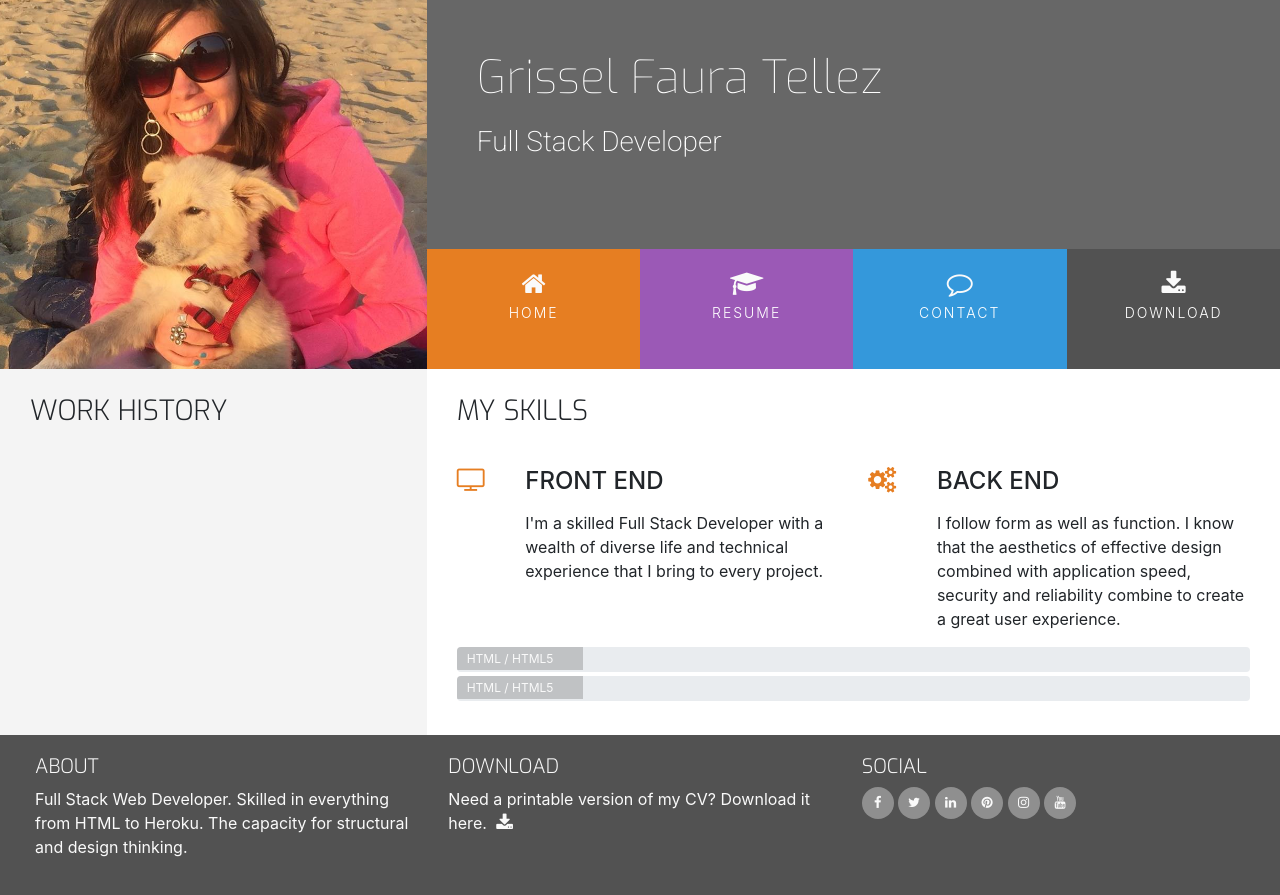
Repository: grisselfaura/Resume-Project-Introduction
Page: resume.html
The author's editor kept a record of every edit. The page is drawn from the files as they stood at one moment, then again after the next edit.
The browser window is 1280 px wide. The pictures show the whole page.

Above is the page before.

### resume.html
<!DOCTYPE html>
<html lang="en">
<head>
    <meta charset="UTF-8">
    <meta name="viewport" content="width=device-width, initial-scale=1.0">
    <meta http-equiv="X-UA-Compatible" content="ie=edge">
    <link rel="stylesheet" href="https://stackpath.bootstrapcdn.com/bootstrap/4.3.1/css/bootstrap.min.css" type="text/css" />
    <link rel="stylesheet" href="https://stackpath.bootstrapcdn.com/font-awesome/4.7.0/css/font-awesome.min.css" type="text/css" />
    <link rel="stylesheet" href="https://cdnjs.cloudflare.com/ajax/libs/hover.css/2.3.1/css/hover-min.css" type="text/css" />
    <link rel="stylesheet" href="assets/CSS/style.css" type="text/css" />
    <title>Grissel</title>
</head>
<body>
    <header>
       <div class="row no-gutters">
           <a class="col-md-4 logo" href="index.html"></a>
           <div class="col-md-8">
               <div class="row no-gutters bg-color-name-title">
                   <div class="col heading">
                       <h1 class="name">Grissel Faura Tellez</h1>
                       <h2 class="title">Full Stack Developer</h2>
                    </div>
               </div>
               <div class="row no-gutters">
                   <div class="col">
                       <ul id="nav" class="list-inline menucontainer">
                           <li class="col-6 col-sm-3 ui-menu-color-home list-inline-item menuitem">
                               <a href="#" class="hvr-sweep-to-bottom"><i class="fa fa-home" aria-hidden="true"></i><span>Home</span></a>
                           </li>
                           <li class="col-6 col-sm-3 ui-menu-color-resume list-inline-item menuitem">
                               <a href="#" class="hvr-sweep-to-bottom"><i class="fa fa-graduation-cap" aria-hidden="true"></i><span>Resume</span></a>
                           </li>
                           <li class="col-6 col-sm-3 ui-menu-color-contact list-inline-item menuitem">
                               <a href="#" class="hvr-sweep-to-bottom"><i class="fa fa-comment-o" aria-hidden="true"></i><span>Contact</span></a>
                           </li>
                           <li class="col-6 col-sm-3 ui-menu-color-download list-inline-item menuitem">
                               <a href="#" class="hvr-sweep-to-bottom"><i class="fa fa-download" aria-hidden="true"></i><span>Download</span></a>
                           </li>
                       </ul>
                   </div>
               </div>
           </div>
       </div>
    </header>
    <section class="container-fluid">
        <div class="row">
            <div class="col-md-4 bg-color-personal-info section-column">
                <div class="row">
                    <div class="col-12">
                        <h3 class="section-heading uppercase">Work History</h3>
                    </div>
                </div>
            </div>
            <div class="col-md-8 bg-color-three-reasons section-column">
                <div class="row">
                    <div class="col">
                        <h3 class="section-heading uppercase">My Skills</h3>
                    </div>
                </div>
                <div class="row">
                    <div class="col-10 offset-1 offset-sm-0 col-sm-4 col-md-6">
                        <div class="row">
                            <div class="col-2">
                                <i class="three-reasons-icon fa fa-tv" aria-hidden="true"></i>
                            </div>
                            <div class="col-10">
                                <h4 class="three-reasons-heading uppercase">Front End</h4>
                                <p>
                                    I'm a skilled Full Stack Developer with a wealth of diverse life and technical experience that I bring to every project.
                                </p>
                            </div>
                        </div>
                    </div>
                    <div class="col-10 offset-1 offset-sm-0 col-sm-4 col-md-6">
                        <div class="row">
                            <div class="col-2">
                                <i class="three-reasons-icon fa fa-gears" aria-hidden="true"></i>
                            </div>
                            <div class="col-10">
                                <h4 class="three-reasons-heading uppercase">Back End</h4>
                                <p>
                                    I follow form as well as function. I know that the aesthetics of effective design combined with application speed, security and reliability combine to create a great user experience.
                                </p>
                            </div>
                        </div>
                    </div>
                </div>
                <div class="row">
                    <div class="col">
                        <div class="progress">
                            <div class="progress-bar" role="progressbar" aria-valuenow="90" aria-valuemin="0" aria-valuemax="100" style:"width:90%;">
                                <span class="sr-only">90% complete</span>
                            </div>
                            <span class="progress-type">HTML / HTML5</span>
                        </div>
                        <div class="progress">
                            <div class="progress-bar bg-sucess" role="progressbar" aria-valuenow="80" aria-valuemin="0" aria-valuemax="100" style:"width:80%;">
                                <span class="sr-only">80% complete</span>
                            </div>
                            <span class="progress-type">HTML / HTML5</span>
                        </div>
                    </div>
                </div>
            </div>
        </div>
 </section>
    <footer class="container-fluid">
        <div id="footer-details" class="row">
            <div class="col-sm-4">
                <h5 class="uppercase general-sub">About</h5>
                <p class ="inline-block">
                Full Stack Web Developer. Skilled in everything from HTML to Heroku. The capacity for structural and design thinking.</p>
            </div>
            <div class="col-sm-4">
                <h5 class="uppercase general-sub">Download</h5>
                <p class ="inline-block">
                Need a printable version of my CV? Download it here.
                    <a href="#" target="_blank" class="cv-pdf">
                        <i class="fa fa-download" aria-hidden="true"></i>
                        <span class="sr-only">Download link again.</span>
                    </a>
                </p>
             </div>
            <div class="col-sm-4">
                <h5 class="uppercase general-sub">Social</h5>
                <ul class="list-inline social-links">
                    <li class="list-inline-item">
                        <a target="_blank" href="#">
                            <i class="fa fa-facebook" aria-hidden="true"></i>
                            <span class="sr-only">Facebook</span>
                        </a>
                    </li>
                    <li class="list-inline-item">
                        <a target="_blank" href="#">
                            <i class="fa fa-twitter" aria-hidden="true"></i>
                            <span class="sr-only">Twitter</span>
                        </a>
                    </li>
                     <li class="list-inline-item">
                        <a target="_blank" href="#">
                            <i class="fa fa-linkedin" aria-hidden="true"></i>
                            <span class="sr-only">LinkedIn</span>
                        </a>
                    </li>
                    <li class="list-inline-item">
                        <a target="_blank" href="#">
                            <i class="fa fa-pinterest" aria-hidden="true"></i>
                            <span class="sr-only">Pinterest</span>
                        </a>
                    </li>
                    <li class="list-inline-item">
                        <a target="_blank" href="#">
                            <i class="fa fa-instagram" aria-hidden="true"></i>
                            <span class="sr-only">Instagram</span>
                        </a>
                    </li>
                    <li class="list-inline-item">
                        <a target="_blank" href="#">
                            <i class="fa fa-youtube" aria-hidden="true"></i>
                            <span class="sr-only">Youtube</span>
                        </a>
                    </li>
                </ul>
            </div>
        </div>
    </footer>
</body>
</html>

### assets/CSS/style.css
@import url('https://fonts.googleapis.com/css?family=Roboto:100,200,300,400,500,600,700|Exo:100,200,300,400,500,600,700');

/*---------------------------------Colours*/

.bg-color-name-title {
    background-color: #676767;
}

.bg-color-three-reasons {
    background-color: #fff;
}

.bg-color-personal-info {
    background-color: #f4f4f4;
}

.ui-menu-color-home {
     background-color: #e67e22;
}

.ui-menu-color-resume {
     background-color: #9b59b6;
}

.ui-menu-color-contact {
     background-color: #3498db;
}

.ui-menu-color-download {
     background-color: #525252;
}
/*---------------------------------Special paddings/margins/text*/

h1,
h2,
h3,
h4 {
    margin: 0;
}

.uppercase {
   text-transform: uppercase;
}

.general-sub {
    font-family: "Exo", sans-serif;
    font-weight: 300;
    color: #fafafa;
}

.inline-block {
    display: inline-block;
}

.row-table {
    display: table;
}

.section-column {
    display: table-cell;
    padding: 0 30px 30px;
    float: none;
}

.section-heading {
    font-family: "Exo", sans-serif;
    font-weight: 300;
    margin-top: 25px;
    margin-bottom: 40px;
}

/*---------------------------------Heading*/
header {
    margin: 0;
}

.heading {
    margin-left: 50px;
}

.logo {
    background: url("../images/gri.jpg");
    background-position: center;
    background-repeat: no-repeat;
    background-size: cover;
    min-height: 360px;
    transition: all .5s ease-in-out;
    -moz-transition: all .5s ease-in-out;
    -webkit-transition: all .5s ease-in-out;
}

.name {
    font-family: "Exo", sans-serif;
    font-weight: 100;
    font-size: 46px;
    margin-top: 50px;
    color: #ffffff;
}

.title {
    font-family: "Roboto", sans-serif;
    font-weight: 200;
    font-size: 28px;
    margin-top: 20px;
    margin-bottom: 90px;
    color: #ffffff;
}
.list-inline-item:not(:last-child) {
    margin-right: 0;
}
.menucontainer {
    font-size: 0;
}

#nav {
    margin: 0
}

#nav li {
    font-size: 14px;
    padding: 0;
}

.menuitem {
    height: 120px;
    text-align: center;
    padding: 0;
}

.menuitem a {
    width: 100%;
    text-decoration: none;
    color: #fff;
    height: 120px;
}

.menuitem a i {
    padding-top: 22px;
    display: block;
    color: #fafafa;
    font-size: 26px;
}

.menuitem span {
    display: block;
    width: 100%;
    padding-top: 5px;
    text-align: center;
    text-transform: uppercase;
    font-size: 14px;
    font-weight: 300;
    letter-spacing: 2px;
}

/*---------------------------------Hover.css*/
.hvr-sweep-to-bottom:before {
    background: rgba(0,0,0,0.2);
    height: 120px;
}

/*---------------------------------Footer*/

footer {
    background-color: #525252;
    color: #fafafa;
    min-height: 120px;
    margin: 0;
}

.cv-pdf i {
  font-size: 18px;
  color: #fafafa;
  text-align: center;
  padding-left: 5px;
  transition: all 0.35s ease-in-out;
  -moz-transition: all 0.35s ease-in-out;
  -webkit-transition: all 0.35s ease-in-out;
  -o-transition: all 0.35s ease-in-out;
}

.cv-pdf i:hover {
  color: #e84610;
}

.social-links {
    padding-bottom: 15px;
}

.social-links li a i {
    width: 32px;
    height: 32px;
    padding: 12px 0;
    border-radius: 50%;
    font-size: 13px;
    line-height: 7px;
    text-align: center;
    color: #fafafa;
    background: #8f8f8f;
    transition: all 0.35s ease-in-out;
    -moz-transition: all 0.35s ease-in-out;
    -webkit-transition: all 0.35s ease-in-out;
    -o-transition: all 0.35s ease-in-out;
}

.social-links li a i:hover {
    background: #e84610;
}

#footer-details {
    padding: 20px;
}

/*---------------------------------Three Reasons*/

.three-reasons-icon {
    font-size: 26px;
    color: #e67e22;
}

.three-reasons-heading {
    margin-bottom: 15px;
}

/*---------------------------------Personal Info*/
.personal-info-item {
    margin-bottom: 20px;
    display: block;
    clear: both;
}

.personal-info-item .key,
.personal-info-item .value {
    padding-right: 8px;
    display: inline-block;
}

.personal-info-item .key p,
.personal-info-item .value p {
    margin: 0;
}

.personal-info-item .key {
    width: 30%;
    margin-right: 21px;
    padding-top: 2px;
    vertical-align: top;
}

.personal-info-item .key p {
    font-weight: 700;
}

.personal-info-item .value {
    position: relative;
    width: 60%;
}

/*---------------------------------Skills*/

.progress {
    position: relative;
    height: 25px;
    margin-bottom: 4px;
}

.progress-type {
    position: absolute;
    left:0px;
    font-weight: 400;
    padding: 3px 30px 2px 10px;
    color: #fafafa;
    background-color: rgba(25, 25, 25, 0.2);
}

.progress-section {
    margin: 40px 20px;

}

After the next edit:
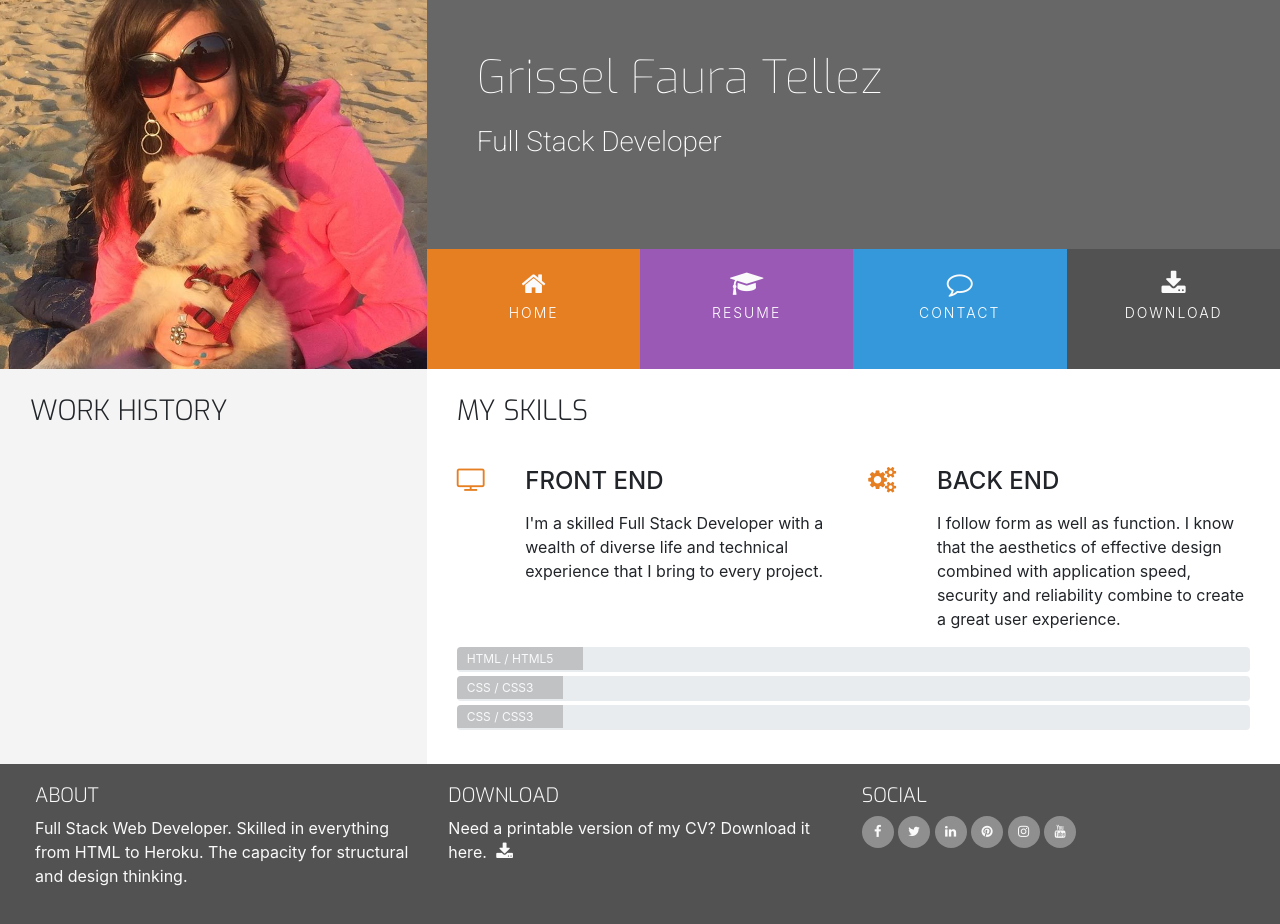
The edit:
--- a/resume.html
+++ b/resume.html
@@ -97,7 +97,13 @@
                             <div class="progress-bar bg-sucess" role="progressbar" aria-valuenow="80" aria-valuemin="0" aria-valuemax="100" style:"width:80%;">
                                 <span class="sr-only">80% complete</span>
                             </div>
-                            <span class="progress-type">HTML / HTML5</span>
+                            <span class="progress-type">CSS / CSS3</span>
+                        </div>
+                        <div class="progress">
+                            <div class="progress-bar bg-info" role="progressbar" aria-valuenow="70" aria-valuemin="0" aria-valuemax="100" style:"width:70%;">
+                                <span class="sr-only">70% complete</span>
+                            </div>
+                            <span class="progress-type">CSS / CSS3</span>
                         </div>
                     </div>
                 </div>
